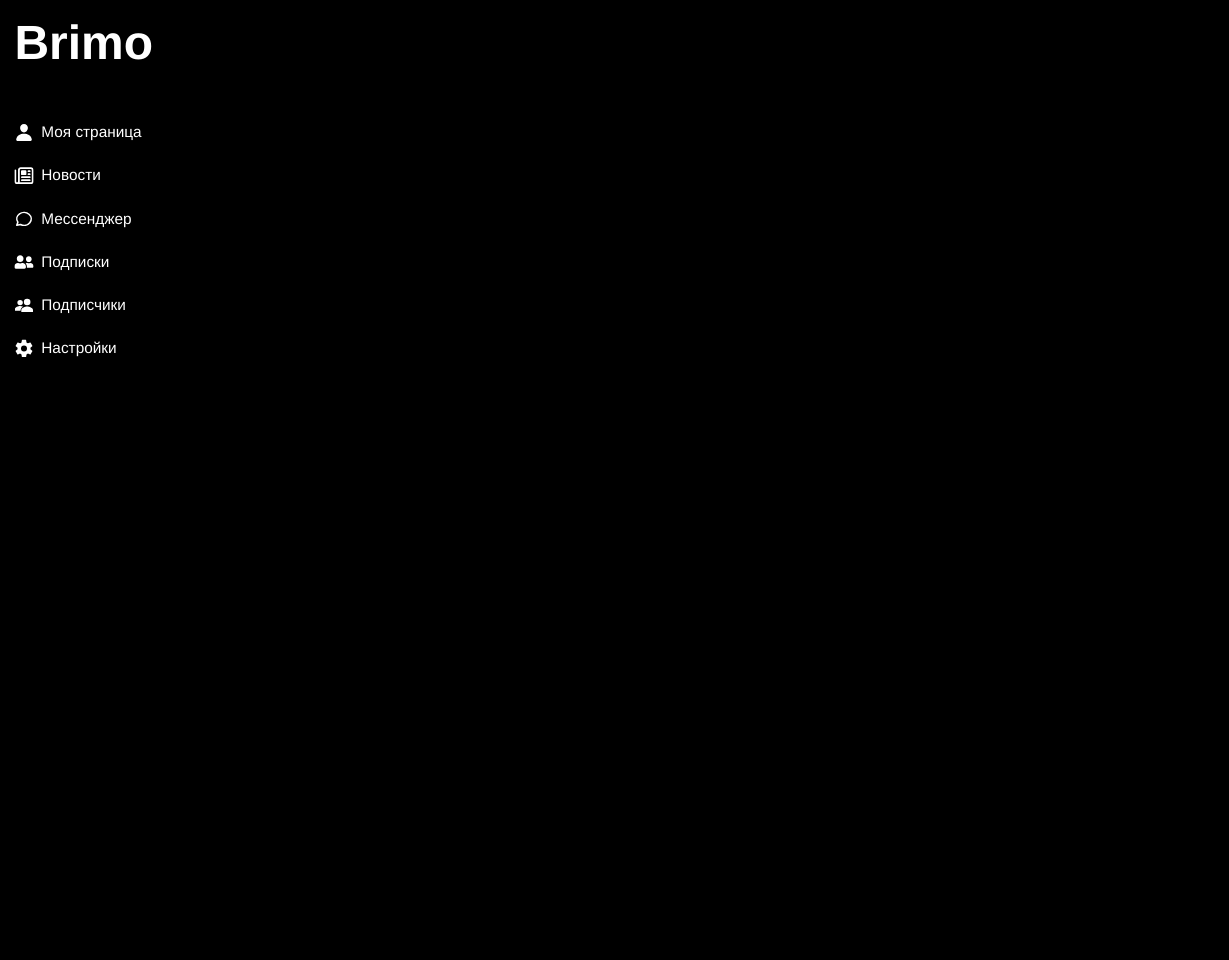
Repository: MaksimKrupkin/socialNetwork
Page: / (app in frontend/socialNetworkFrontend/)
These files come from the project's save history. The page is drawn as it stood at one moment and after the next save; the edit follows.
The browser window is 1280 px wide. The pictures show the whole page, at 96% of full size.
The project was rebuilt for these pictures with package versions that can differ from the ones it lists, and the page was loaded fresh each time. Also part of the build but not shown: frontend/socialNetworkFrontend/vite.config.js, frontend/socialNetworkFrontend/src/index.css.

Above is the page before, as saved 2024-11-27 19:48:44.

After the next save:
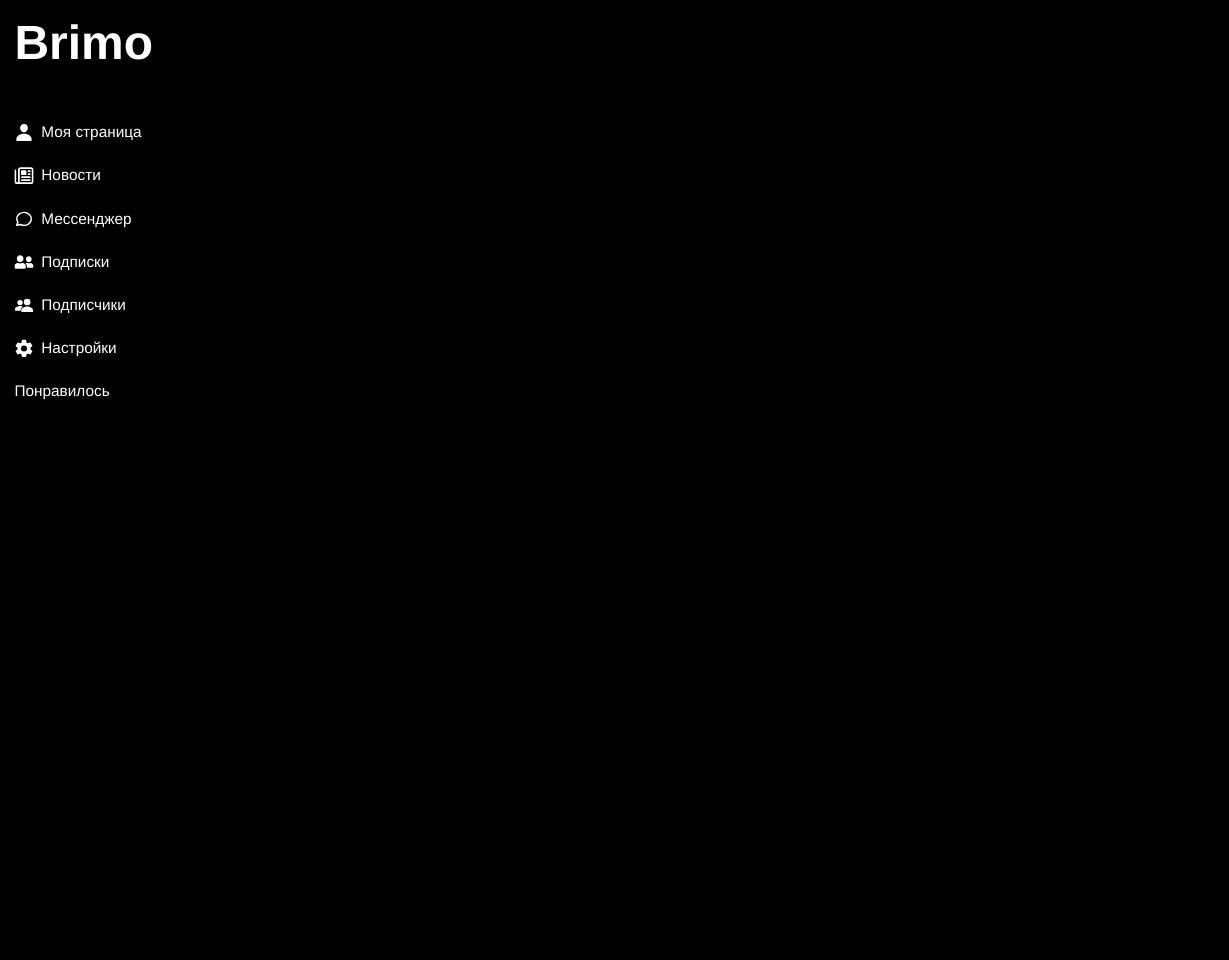
Saved 2 min 40 s later.
--- a/frontend/socialNetworkFrontend/src/Components/Navigation/Navigation.jsx
+++ b/frontend/socialNetworkFrontend/src/Components/Navigation/Navigation.jsx
@@ -34,6 +34,9 @@
         <IoSettingsSharp fontSize={20} />
         <span className={styles.text}>Настройки</span>
       </div>
+      <div className={styles.item}>
+        <span className={styles.text}>Понравилось</span>
+      </div>
     </div>
   );
 };
